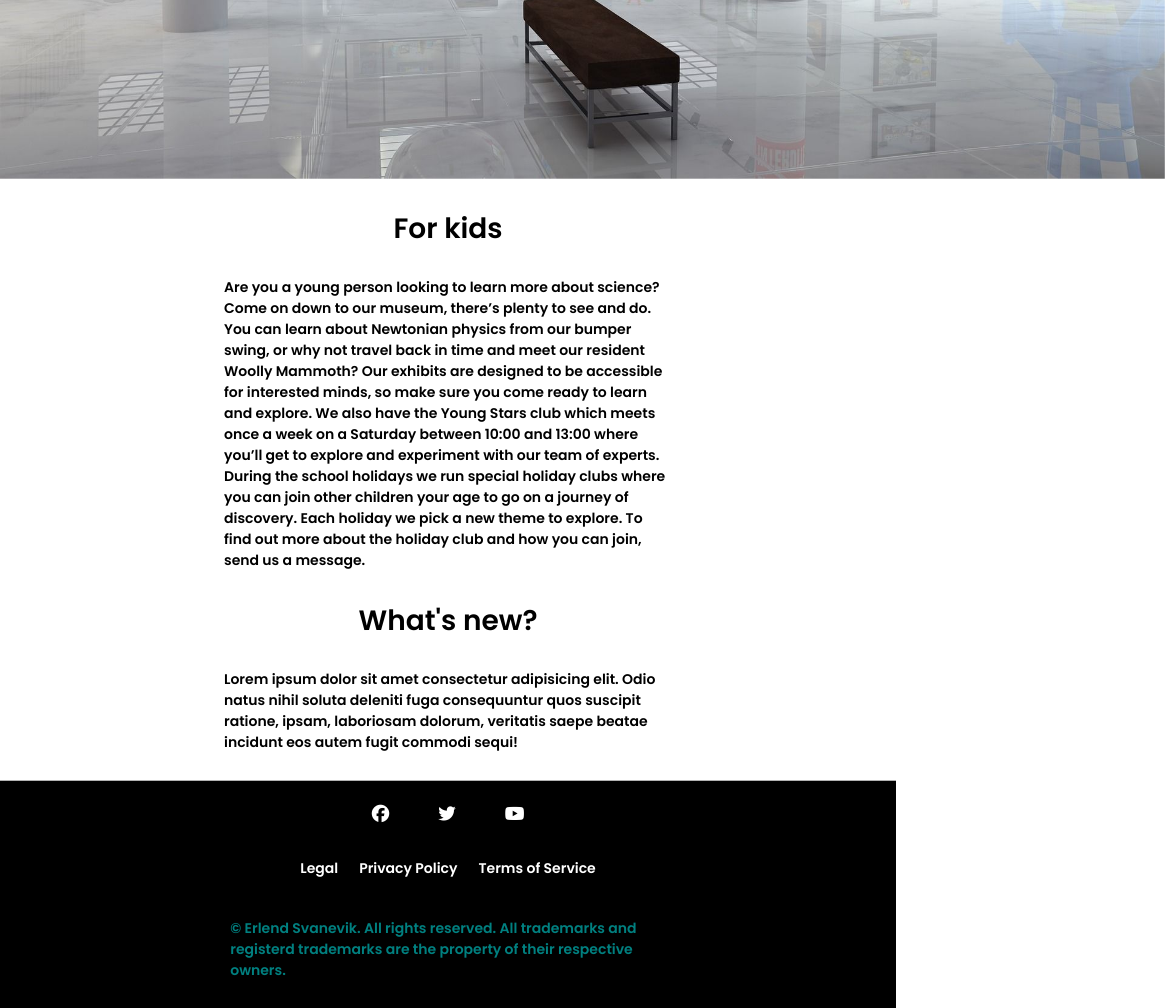
Repository: EpleWasTaken/Semester-Project
Page: index.html
An editor plug-in stored every save of this project. The page is shown before and after the next save, followed by the edit.
The browser window is 1280 px wide. The page is 1664 px wide, so the pictures cover 1664 px, including what lies to the right of the window. The pictures show the part of the page from y = 1026 to 2506 px (the page is 2466 px tall before and 2506 px after), at 70% of full size.
Some web libraries are served in a nearby version.

Above is the page before, as saved 2020-12-04 12:23:13.

After the next save:
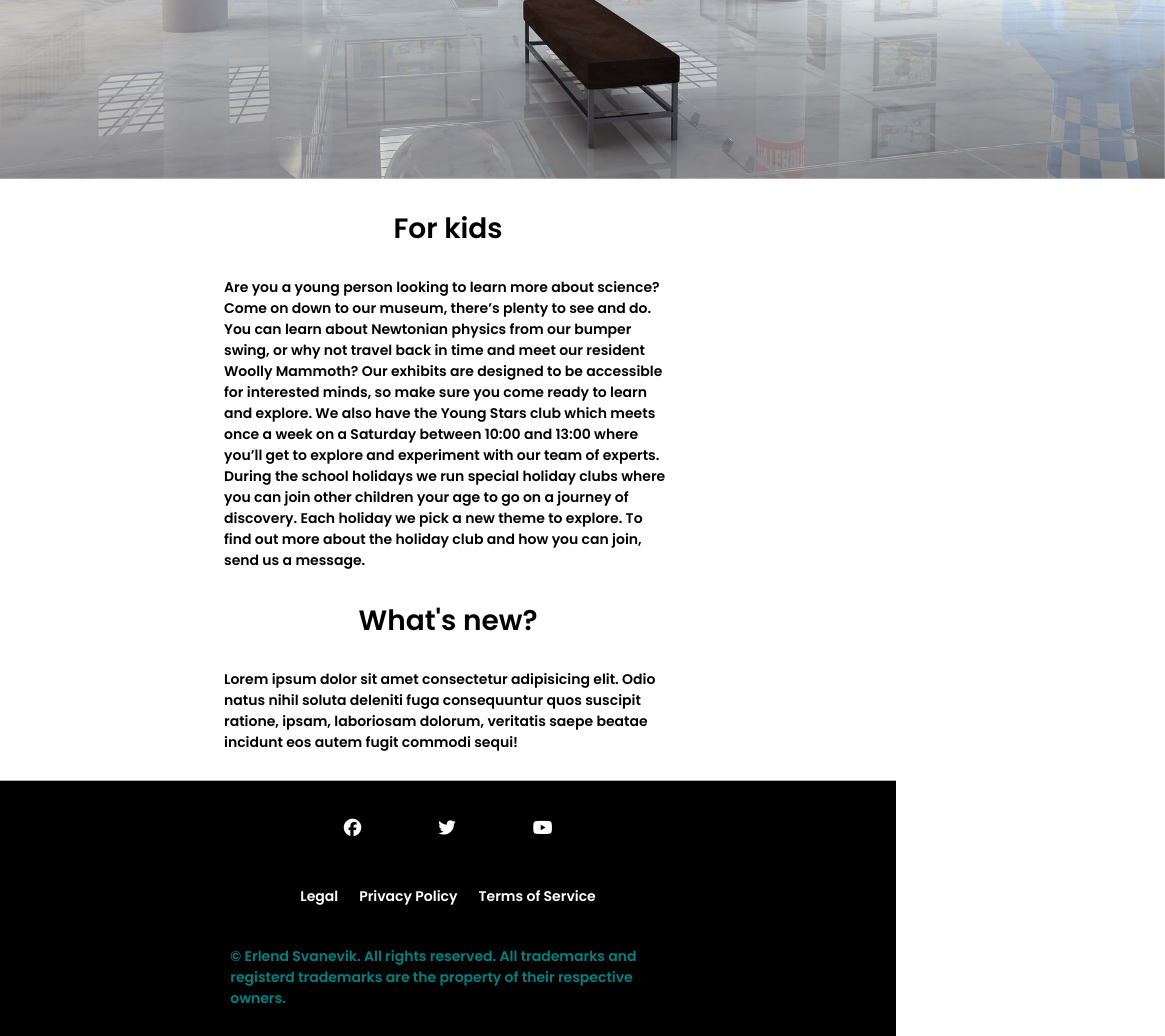
Saved 17 s later.
--- a/css/styles.css
+++ b/css/styles.css
@@ -60,7 +60,7 @@ ul a {
 	justify-content: space-between;
 	list-style-type: none;
 	color: white;
-	margin: 20px;
+	margin: 40px;
 }
 
 #hamburger-menu {
